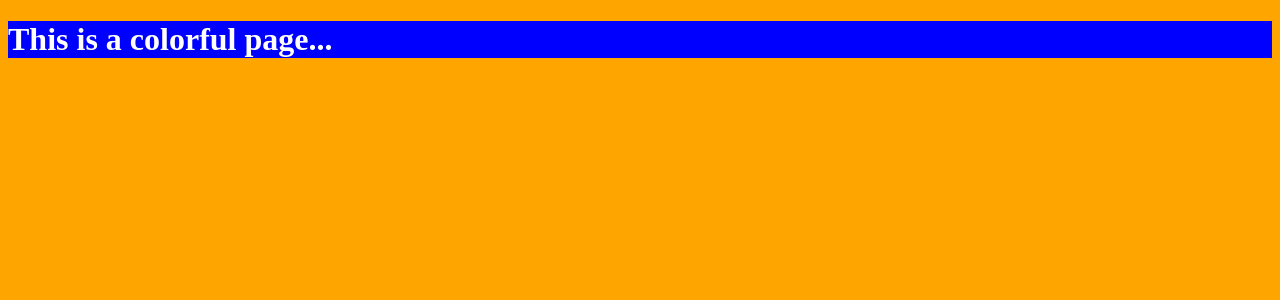
Repository: ShrikantSarode/AdvanceJava
Page: AJ backup/Web Based Java/Workspace/Web_Project/src/main/webapp/color.html
An editor plug-in stored every save of this project. The page is shown before and after the next save, followed by the edit.
The browser window is 1280 px wide. The pictures show the whole page.

Above is the page before, as saved 2024-11-29 07:25:21.

After the next save:
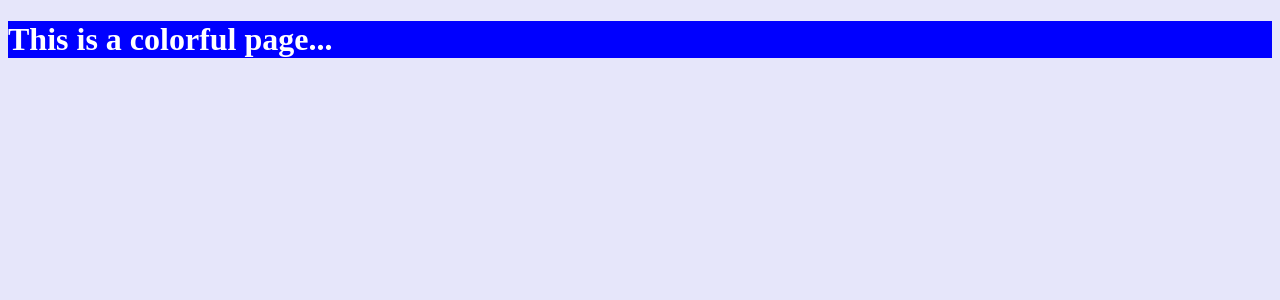
Saved 13 s later.
--- a/AJ backup/Web Based Java/Workspace/Web_Project/src/main/webapp/color.html
+++ b/AJ backup/Web Based Java/Workspace/Web_Project/src/main/webapp/color.html
@@ -1,6 +1,6 @@
 <!DOCTYPE html>
 <html>
-<body bgcolor="orange">
+<body bgcolor="lavender">
 	<h1 style="color: white; background-color: blue">This is a
 		colorful page...</h1>
 
